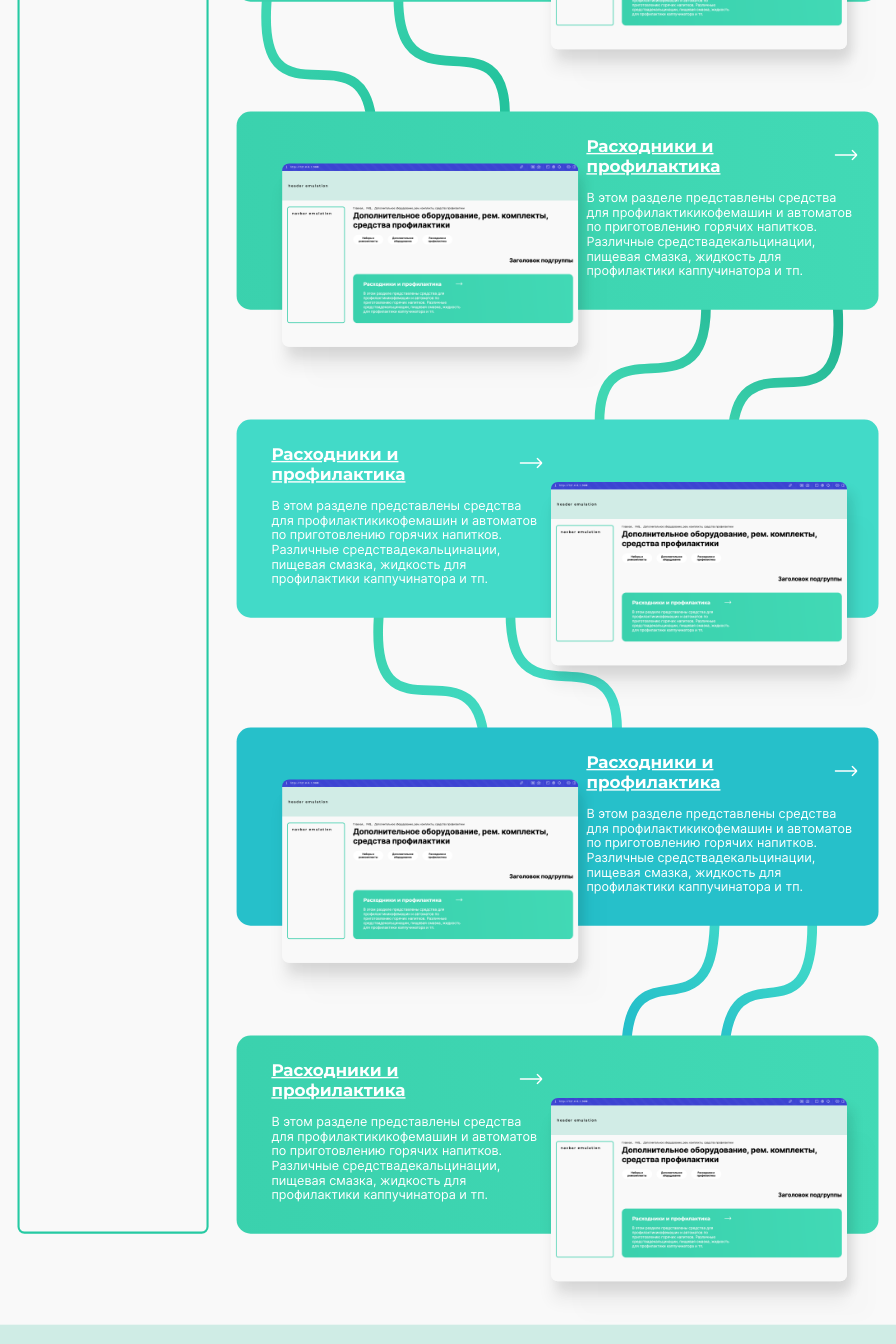
Repository: axonde/venpart-faq-pages
Page: index.html
These files come from the project's save history. The page is drawn as it stood at one moment and after the next save; the edit follows.
The browser window is 1280 px wide. The pictures show the part of the page from y = 599 to 2519 px (the page is 2635 px tall), at 70% of full size.

Above is the page before, as saved 2024-02-28 20:09:11.

After the next save:
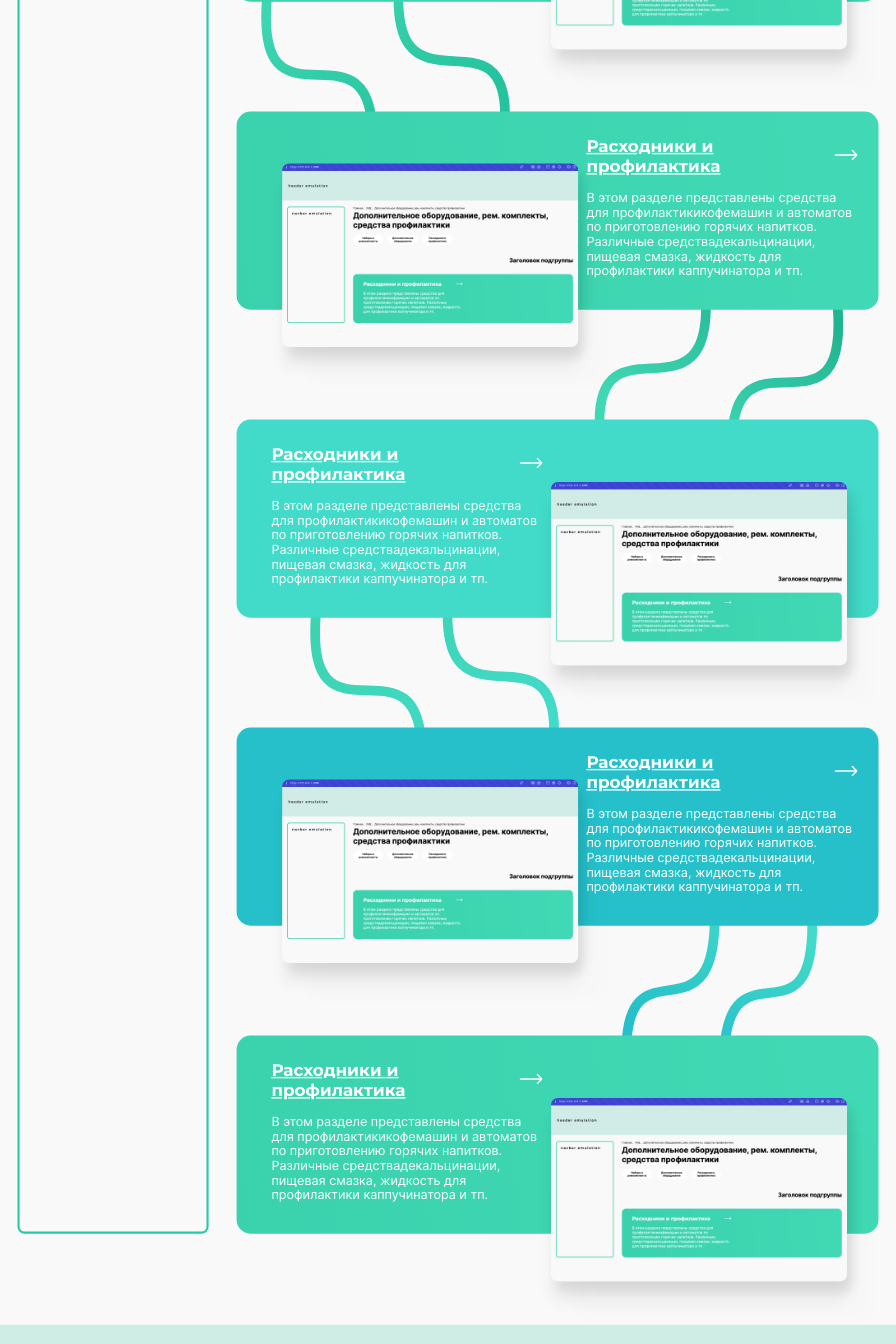
Saved 15 s later.
--- a/style.css
+++ b/style.css
@@ -584,7 +584,7 @@ scrollbar-width: none; /* Firefox */}
 	width: 356px;
 	height: 287px;
 	/* top: 80%; */
-	left: 195px;}
+	left: 105px;}
 .faq__item:nth-child(4n)::after {
 	background: url('decorations/decoration-4.svg');
 	width: 280px;
